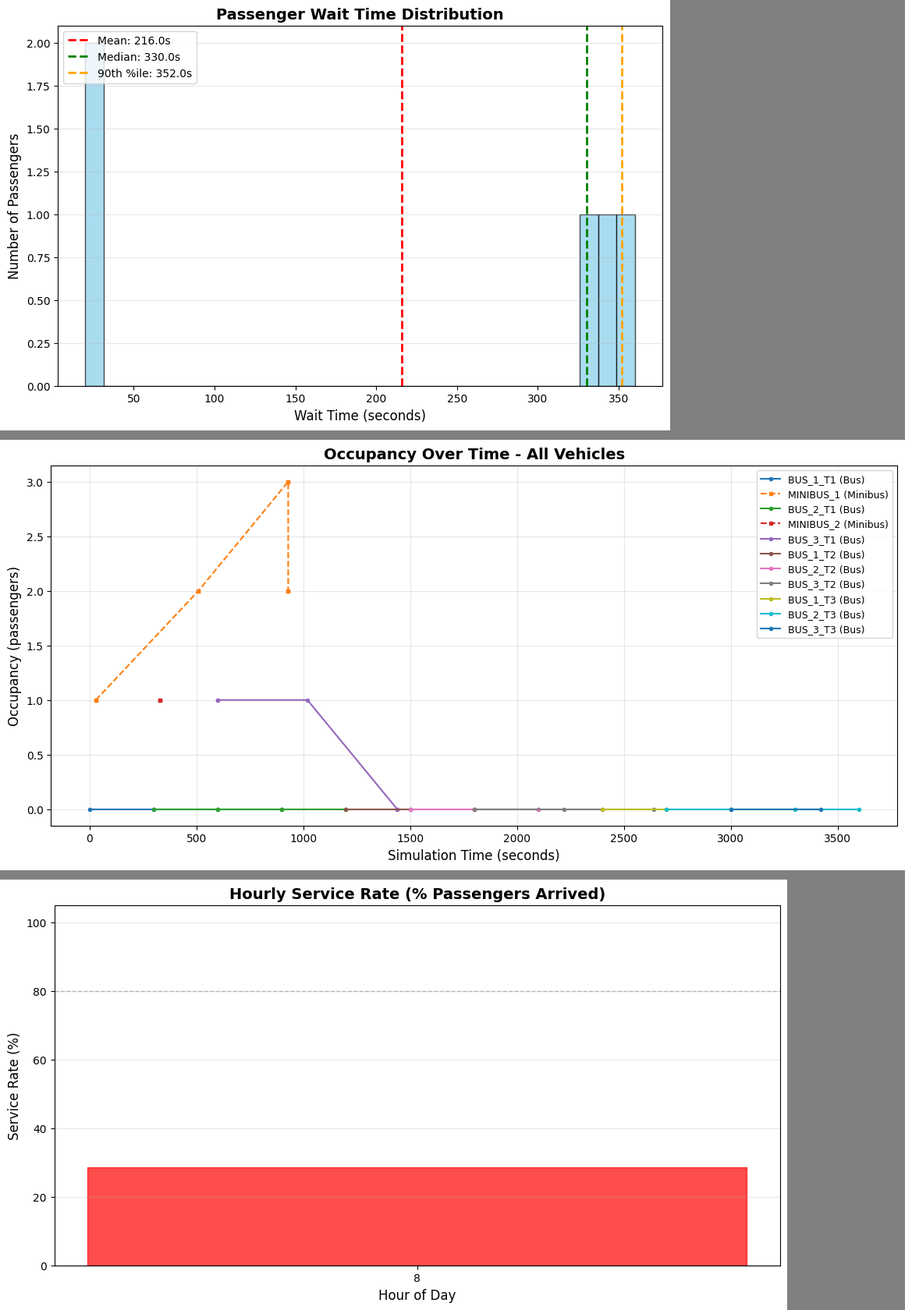
Repository: Jingren-Tang/Minibus_simulation
Script's output: python main.py
These files come from the project's save history. The script's output is drawn as it stood at one moment and after the next save; the edit follows.
The pictures are shown at 78% of full size.
Each picture stacks the figures in order, with grey between them; figures that are only written to a file come last. Random numbers start from a fixed seed. It also reads mockdata/travel_time_matrix.npy.

Above is the script's output before, as saved 2025-12-18 18:01:14.

### main.py
"""
Traffic Simulation System - Main Entry Point

This module serves as the main entry point for the traffic simulation system.
It handles configuration loading, engine initialization, and simulation execution.
"""

import sys
import logging
import argparse
from datetime import datetime, timedelta
import time
import os

from simulation.engine import SimulationEngine
import config


def setup_logging(log_level=None, log_file=None):
    """
    Configure the logging system with both file and console handlers.

    Args:
        log_level: Override log level from config
        log_file: Override log file path from config
    """
    level = log_level or config.LOG_LEVEL
    file_path = log_file or config.LOG_FILE

    # Create formatters
    formatter = logging.Formatter(
        '[%(asctime)s] [%(levelname)s] [%(name)s] - %(message)s',
        datefmt='%Y-%m-%d %H:%M:%S'
    )

    # Configure root logger
    logger = logging.getLogger()
    logger.setLevel(level)

    # Remove existing handlers
    logger.handlers = []

    # Console handler
    console_handler = logging.StreamHandler(sys.stdout)
    console_handler.setFormatter(formatter)
    logger.addHandler(console_handler)

    # File handler
    try:
        file_handler = logging.FileHandler(file_path, mode='a', encoding='utf-8')
        file_handler.setFormatter(formatter)
        logger.addHandler(file_handler)
    except Exception as e:
        logger.warning(f"Failed to create log file handler: {e}")


def parse_arguments():
    """
    Parse command line arguments.

    Returns:
        argparse.Namespace: Parsed arguments
    """
    parser = argparse.ArgumentParser(
        description='Traffic Simulation System',
        formatter_class=argparse.RawDescriptionHelpFormatter
    )

    parser.add_argument(
        '--config',
        type=str,
        help='Path to configuration file (optional, defaults to config.py)'
    )

    parser.add_argument(
        '--output-dir',
        type=str,
        help='Output directory for simulation results (overrides config)'
    )

    parser.add_argument(
        '--log-level',
        type=str,
        choices=['DEBUG', 'INFO', 'WARNING', 'ERROR', 'CRITICAL'],
        help='Logging level (overrides config)'
    )

    parser.add_argument(
        '--start-time',
        type=str,
        help='Simulation start time in format HH:MM:SS (overrides config)'
    )

    parser.add_argument(
        '--end-time',
        type=str,
        help='Simulation end time in format HH:MM:SS (overrides config)'
    )

    parser.add_argument(
        '--date',
        type=str,
        help='Simulation date in format YYYY-MM-DD (overrides config)'
    )

    return parser.parse_args()


def build_config_dict(cmd_overrides):
    """
    Build configuration dictionary from config module and command line overrides.

    Args:
        cmd_overrides: Dictionary containing command line parameter overrides

    Returns:
        dict: Complete configuration dictionary
    """
    # Start with the configuration from config.py
    config_dict = config.get_config()

    # Apply command line overrides
    if 'output_dir' in cmd_overrides:
        config_dict['output_dir'] = cmd_overrides['output_dir']

    if 'start_time' in cmd_overrides:
        config_dict['simulation_start_time'] = cmd_overrides['start_time']

    if 'end_time' in cmd_overrides:
        config_dict['simulation_end_time'] = cmd_overrides['end_time']

    if 'date' in cmd_overrides:
        config_dict['simulation_date'] = cmd_overrides['date']

    return config_dict


def validate_config(config_dict):
    """
    Validate the simulation configuration.

    Args:
        config_dict: Configuration dictionary

    Returns:
        bool: True if valid, False otherwise
    """
    logger = logging.getLogger(__name__)

    # Check required fields
    required_fields = ['simulation_start_time', 'simulation_end_time', 'simulation_date']
    for field in required_fields:
        if field not in config_dict:
            logger.error(f"Missing required configuration field: {field}")
            return False

    # Validate time range
    start_time_str = config_dict['simulation_start_time']
    end_time_str = config_dict['simulation_end_time']
    date_str = config_dict['simulation_date']

    try:
        # Parse times
        start_time = datetime.strptime(f"{date_str} {start_time_str}", '%Y-%m-%d %H:%M:%S')
        end_time = datetime.strptime(f"{date_str} {end_time_str}", '%Y-%m-%d %H:%M:%S')

        if start_time >= end_time:
            logger.error("Start time must be before end time")
            return False
    except ValueError as e:
        logger.error(f"Invalid time format: {e}")
        return False

    # Run config module validation
    if not config.validate_config():
        logger.error("Configuration validation failed")
        return False

    return True


def print_welcome():
    """Print welcome banner."""
    print("=" * 60)
    print("    Traffic Simulation System")
    print("=" * 60)
    print()


def print_config_summary(config_dict):
    """
    Print configuration summary.

    Args:
        config_dict: Configuration dictionary
    """
    logger = logging.getLogger(__name__)

    logger.info("Configuration Summary:")
    logger.info(f"  Simulation Date: {config_dict['simulation_date']}")
    logger.info(f"  Start Time: {config_dict['simulation_start_time']}")
    logger.info(f"  End Time: {config_dict['simulation_end_time']}")
    logger.info(f"  Number of Buses: {config_dict['num_buses']}")
    logger.info(f"  Bus Capacity: {config_dict['bus_capacity']}")
    logger.info(f"  Number of Minibuses: {config_dict['num_minibuses']}")
    logger.info(f"  Minibus Capacity: {config_dict['minibus_capacity']}")
    logger.info(f"  Optimization Interval: {config_dict['optimization_interval']}s")
    logger.info(f"  Output Directory: {config_dict['output_dir']}")
    logger.info(f"  Log Level: {logging.getLevelName(logger.getEffectiveLevel())}")
    print()


def main():
    """
    Main entry point for the traffic simulation system.

    Returns:
        int: Exit code (0 for success, 1 for failure)
    """
    # Record start time
    real_start_time = time.time()

    try:
        # Parse command line arguments
        args = parse_arguments()

        # Setup logging
        log_level = getattr(logging, args.log_level) if args.log_level else None
        setup_logging(log_level=log_level)

        logger = logging.getLogger(__name__)

        # Print welcome message
        print_welcome()

        # Build command line overrides dictionary
        cmd_overrides = {}

        if args.output_dir:
            cmd_overrides['output_dir'] = args.output_dir

        if args.start_time:
            # Validate time format HH:MM:SS
            try:
                datetime.strptime(args.start_time, '%H:%M:%S')
                cmd_overrides['start_time'] = args.start_time
            except ValueError:
                logger.error(f"Invalid start time format: {args.start_time} (expected HH:MM:SS)")
                return 1

        if args.end_time:
            # Validate time format HH:MM:SS
            try:
                datetime.strptime(args.end_time, '%H:%M:%S')
                cmd_overrides['end_time'] = args.end_time
            except ValueError:
                logger.error(f"Invalid end time format: {args.end_time} (expected HH:MM:SS)")
                return 1

        if args.date:
            # Validate date format YYYY-MM-DD
            try:
                datetime.strptime(args.date, '%Y-%m-%d')
                cmd_overrides['date'] = args.date
            except ValueError:
                logger.error(f"Invalid date format: {args.date} (expected YYYY-MM-DD)")
                return 1

        # Build complete configuration dictionary
        logger.info("Building configuration...")
        config_dict = build_config_dict(cmd_overrides)

        # Log any overrides applied
        if cmd_overrides:
            logger.info("Applied configuration overrides:")
            for key, value in cmd_overrides.items():
                logger.info(f"  {key} = {value}")

        # Validate configuration
        if not validate_config(config_dict):
            logger.error("Configuration validation failed")
            return 1

        # Print configuration summary
        print_config_summary(config_dict)

        # Log simulation start
        logger.info("=" * 60)
        logger.info("Starting traffic simulation...")
        logger.info(f"Real start time: {datetime.now().strftime('%Y-%m-%d %H:%M:%S')}")
        logger.info("=" * 60)

        # Create and initialize simulation engine
        # Pass the configuration dictionary to SimulationEngine
        logger.info("Initializing simulation engine...")
        engine = SimulationEngine(config_dict)

        # Initialize the engine
        engine.initialize()
        logger.info("Simulation engine initialized successfully")

        # Run the simulation
        logger.info("Running simulation...")
        engine.run()

        # Calculate and log execution time
        real_end_time = time.time()
        total_time = real_end_time - real_start_time

        logger.info("=" * 60)
        logger.info("Simulation completed successfully!")
        logger.info(f"Real end time: {datetime.now().strftime('%Y-%m-%d %H:%M:%S')}")
        logger.info(f"Total execution time: {total_time:.2f} seconds ({total_time/60:.2f} minutes)")
        logger.info("=" * 60)

        print()
        print("=" * 60)
        print(f"✓ Simulation completed successfully!")
        print(f"  Total execution time: {total_time:.2f} seconds")
        print("=" * 60)

        return 0

    except KeyboardInterrupt:
        logger = logging.getLogger(__name__)
        logger.warning("\nSimulation interrupted by user")
        print("\n⚠ Simulation interrupted by user")
        return 1

    except Exception as e:
        logger = logging.getLogger(__name__)
        logger.exception(f"Fatal error during simulation: {e}")
        print(f"\n✗ Fatal error: {e}")
        print("  Check log file for details")
        return 1

    finally:
        # Log final message
        try:
            logger = logging.getLogger(__name__)
            logger.info("Simulation system shutdown")
        except:
            pass


if __name__ == "__main__":
    sys.exit(main())

### config.py
"""
Configuration module for the mixed traffic simulation system.

This module contains all configurable parameters for the simulation,
including time settings, file paths, vehicle configurations, and optimization settings.
All parameters can be modified here without changing the core simulation code.


Config to change: SIMULATION_START_TIME, SIMULATION_END_TIME, STATIONS_FILE, TRAVEL_TIME_MATRIX_FILE,
MATRIX_METADATA_FILE, BUS_SCHEDULE_FILE(mockdata or data)
ENABLE_MINIBUS, MINIBUS_INITIAL_LOCATIONS,
PASSENGER_GENERATION_METHOD: "test" or "od_matrix"

"""

import os
from typing import Dict, Any


# ============================================================================
# TIME SETTINGS
# ============================================================================

# Simulation start time in HH:MM:SS format
SIMULATION_START_TIME = "8:00:00"

# Simulation end time in HH:MM:SS format
SIMULATION_END_TIME = "9:00:00"

# Simulation date in YYYY-MM-DD format
SIMULATION_DATE = "2024-07-25"


# ============================================================================
# DATA FILE PATHS
# ============================================================================

# Path to the stations definition file (JSON format)
STATIONS_FILE = "mockdata/stations.json"

# Path to the travel time matrix (NumPy binary format)
TRAVEL_TIME_MATRIX_FILE = "mockdata/travel_time_matrix.npy"

# Path to the matrix metadata file (JSON format)
MATRIX_METADATA_FILE = "mockdata/matrix_metadata.json"

# Path to the bus schedule file (CSV format)
BUS_SCHEDULE_FILE = "mockdata/bus_schedule.csv"


# ============================================================================
# VEHICLE SETTINGS
# ============================================================================

# Number of buses in the system (loaded from CSV, this is for reference only)
NUM_BUSES = 20

# Maximum passenger capacity for each bus
BUS_CAPACITY = 80

ENABLE_MINIBUS = True

# Number of minibuses in the system
NUM_MINIBUSES = 3

# Maximum passenger capacity for each minibus
MINIBUS_CAPACITY = 6

# Initial station locations for minibuses (must match station IDs)
MINIBUS_INITIAL_LOCATIONS = ['A','B','C']  # Can also be "random"


# ============================================================================
# OPTIMIZER SETTINGS (for Phase 4)
# ============================================================================

# Time interval (in seconds) between optimizer calls
OPTIMIZATION_INTERVAL = 30

# Type of optimizer to use: "external_program", "internal", etc.
OPTIMIZER_TYPE = 'python_module'

# Configuration dictionary for the optimizer


OPTIMIZER_CONFIG = {
    'module_name': 'optimizer.greedy_insertion',
    'function_name': 'greedy_insert_optimize',
    'max_waiting_time': 6000.0,
    'max_detour_time': 3000.0,
    "max_travel_time_ratio": 20.0,
}

# ============================================================================
# PASSENGER SETTINGS
# ============================================================================

# Maximum time (in seconds) a passenger will wait before abandoning the trip
# Default: 900 seconds = 15 minutes
PASSENGER_MAX_WAIT_TIME = 9000.0


# ============================================================================
# OUTPUT SETTINGS
# ============================================================================

# Directory where simulation results will be saved
OUTPUT_DIR = "mockdata/results/"

# Name of the log file
LOG_FILE = "simulation.log"

# Logging level: DEBUG, INFO, WARNING, ERROR, CRITICAL
LOG_LEVEL = "INFO"

# Whether to save detailed logs (may impact performance)
SAVE_DETAILED_LOGS = True

# OD MATRIX SETTINGS
OD_MATRIX_FILE = "data/od_matrix.npy"
OD_METADATA_FILE = "data/od_metadata.json"

# Passenger generation method: "test", "od_matrix", "file"
PASSENGER_GENERATION_METHOD = "test"

# ============================================================================
# OTHER SETTINGS
# ============================================================================

# Random seed for reproducibility (set to None for non-deterministic behavior)
RANDOM_SEED = 42


# ============================================================================
# UTILITY FUNCTIONS
# ============================================================================

def get_config() -> Dict[str, Any]:
    """
    Package all configuration parameters into a dictionary.

    Returns:
        Dict[str, Any]: Dictionary containing all configuration parameters
    """
    config = {
        # Time settings
        "simulation_start_time": SIMULATION_START_TIME,
        "simulation_end_time": SIMULATION_END_TIME,
        "simulation_date": SIMULATION_DATE,

        # Data file paths
        "stations_file": STATIONS_FILE,
        "travel_time_matrix": TRAVEL_TIME_MATRIX_FILE,
        "matrix_metadata": MATRIX_METADATA_FILE,
        "bus_schedule_file": BUS_SCHEDULE_FILE,  # 改回 bus_schedule_file

        # Vehicle settings
        "num_buses": NUM_BUSES,
        "bus_capacity": BUS_CAPACITY,
        "enable_minibus": ENABLE_MINIBUS,
        "num_minibuses": NUM_MINIBUSES,
        "minibus_capacity": MINIBUS_CAPACITY,
        "minibus_initial_locations": MINIBUS_INITIAL_LOCATIONS,

        # Optimizer settings

        "optimization_interval": OPTIMIZATION_INTERVAL,
        "optimizer_type": OPTIMIZER_TYPE,
        "optimizer_config": OPTIMIZER_CONFIG,

        # Passenger settings
        "passenger_max_wait_time": PASSENGER_MAX_WAIT_TIME,


        # Output settings
        "output_dir": OUTPUT_DIR,
        "log_file": LOG_FILE,
        "log_level": LOG_LEVEL,
        "save_detailed_logs": SAVE_DETAILED_LOGS,

        # OD matrix settings
        "od_matrix_file": OD_MATRIX_FILE,
        "od_metadata_file": OD_METADATA_FILE,
        "passenger_generation_method": PASSENGER_GENERATION_METHOD,

        # Other settings
        "random_seed": RANDOM_SEED
    }

    return config


def validate_config() -> bool:
    """
    Validate the configuration parameters.

    Checks:
    - Required mockdata files exist
    - Output directory is writable
    - Parameter values are within valid ranges
    - Initial minibus locations match the number of minibuses

    Returns:
        bool: True if configuration is valid, False otherwise
    """
    valid = True

    # Check if required mockdata files exist
    required_files = [
        STATIONS_FILE,
        TRAVEL_TIME_MATRIX_FILE,
        MATRIX_METADATA_FILE,
        BUS_SCHEDULE_FILE
    ]

    for file_path in required_files:
        if not os.path.exists(file_path):
            print(f"Warning: Required file not found: {file_path}")
            valid = False

    # Check if output directory exists, create if it doesn't
    if not os.path.exists(OUTPUT_DIR):
        try:
            os.makedirs(OUTPUT_DIR)
            print(f"Created output directory: {OUTPUT_DIR}")
        except Exception as e:
            print(f"Error: Cannot create output directory {OUTPUT_DIR}: {e}")
            valid = False

    # Validate vehicle capacity values
    if BUS_CAPACITY <= 0:
        print("Error: BUS_CAPACITY must be positive")
        valid = False

    if MINIBUS_CAPACITY <= 0:
        print("Error: MINIBUS_CAPACITY must be positive")
        valid = False


    # Validate number of minibuses matches initial locations (only if it's a list)
    if isinstance(MINIBUS_INITIAL_LOCATIONS, list):
        if len(MINIBUS_INITIAL_LOCATIONS) != NUM_MINIBUSES:
            print(f"Warning: Number of initial minibus locations ({len(MINIBUS_INITIAL_LOCATIONS)}) "
                f"does not match NUM_MINIBUSES ({NUM_MINIBUSES})")
            valid = False
    elif MINIBUS_INITIAL_LOCATIONS != "random":
        print(f"Error: MINIBUS_INITIAL_LOCATIONS must be a list or 'random', "
            f"got {MINIBUS_INITIAL_LOCATIONS}")
        valid = False

    # Validate time format (basic check)
    time_fields = [SIMULATION_START_TIME, SIMULATION_END_TIME]
    for time_str in time_fields:
        parts = time_str.split(":")
        if len(parts) != 3:
            print(f"Error: Invalid time format: {time_str} (expected HH:MM:SS)")
            valid = False

    # Validate date format (basic check)
    date_parts = SIMULATION_DATE.split("-")
    if len(date_parts) != 3:
        print(f"Error: Invalid date format: {SIMULATION_DATE} (expected YYYY-MM-DD)")
        valid = False

    # Validate optimization interval
    if OPTIMIZATION_INTERVAL <= 0:
        print("Error: OPTIMIZATION_INTERVAL must be positive")
        valid = False

    # Validate passenger max wait time
    if PASSENGER_MAX_WAIT_TIME <= 0:
        print("Error: PASSENGER_MAX_WAIT_TIME must be positive")
        valid = False

    # Validate log level
    valid_log_levels = ["DEBUG", "INFO", "WARNING", "ERROR", "CRITICAL"]
    if LOG_LEVEL not in valid_log_levels:
        print(f"Error: Invalid LOG_LEVEL: {LOG_LEVEL} (must be one of {valid_log_levels})")
        valid = False

    if valid:
        print("Configuration validation passed")
    else:
        print("Configuration validation failed")

    return valid


# ============================================================================
# MODULE TEST
# ============================================================================

if __name__ == "__main__":
    print("=== Configuration Module Test ===\n")

    print("Current Configuration:")
    config = get_config()
    for key, value in config.items():
        print(f"  {key}: {value}")

    print("\n" + "="*50 + "\n")

    print("Validating configuration...")
    is_valid = validate_config()

    print(f"\nConfiguration is {'valid' if is_valid else 'invalid'}")

### mockdata/bus_schedule.csv
bus_id,route_name,stop_sequence,station_id,arrival_time
BUS_1_T1,Route1,0,A,08:00:00
BUS_1_T1,Route1,1,B,08:05:00
BUS_1_T1,Route1,2,C,08:10:00
BUS_1_T1,Route1,3,D,08:15:00
BUS_1_T2,Route1,0,A,08:20:00
BUS_1_T2,Route1,1,B,08:25:00
BUS_1_T2,Route1,2,C,08:30:00
BUS_1_T2,Route1,3,D,08:35:00
BUS_1_T3,Route1,0,A,08:40:00
BUS_1_T3,Route1,1,B,08:45:00
BUS_1_T3,Route1,2,C,08:50:00
BUS_1_T3,Route1,3,D,08:55:00
BUS_2_T1,Route2,0,E,08:05:00
BUS_2_T1,Route2,1,D,08:10:00
BUS_2_T1,Route2,2,C,08:15:00
BUS_2_T1,Route2,3,B,08:20:00
BUS_2_T2,Route2,0,E,08:25:00
BUS_2_T2,Route2,1,D,08:30:00
BUS_2_T2,Route2,2,C,08:35:00
BUS_2_T2,Route2,3,B,08:40:00
BUS_2_T3,Route2,0,E,08:45:00
BUS_2_T3,Route2,1,D,08:50:00
BUS_2_T3,Route2,2,C,08:55:00
BUS_2_T3,Route2,3,B,09:00:00
BUS_3_T1,Route3,0,A,08:10:00
BUS_3_T1,Route3,1,C,08:17:00
BUS_3_T1,Route3,2,E,08:24:00
BUS_3_T2,Route3,0,A,08:30:00
BUS_3_T2,Route3,1,C,08:37:00
BUS_3_T2,Route3,2,E,08:44:00
BUS_3_T3,Route3,0,A,08:50:00
BUS_3_T3,Route3,1,C,08:57:00
BUS_3_T3,Route3,2,E,09:04:00

Loaded but not shown: mockdata/stations.json (49 lines, source omitted); mockdata/matrix_metadata.json (29 lines, source omitted); simulation/engine.py (1388 lines, source omitted); utils/statistics.py (1249 lines, source omitted); optimizer/greedy_insertion.py (1090 lines, source omitted); optimizer/route_optimizer.py (929 lines, source omitted); vehicles/minibus.py (617 lines, source omitted); network/travel_time_manager.py (478 lines, source omitted); vehicles/bus.py (452 lines, source omitted); network/network.py (404 lines, source omitted); demand/passenger.py (380 lines, source omitted); network/station.py (314 lines, source omitted); demand/od_matrix.py (286 lines, source omitted); simulation/event.py (123 lines, source omitted)

After the next save:
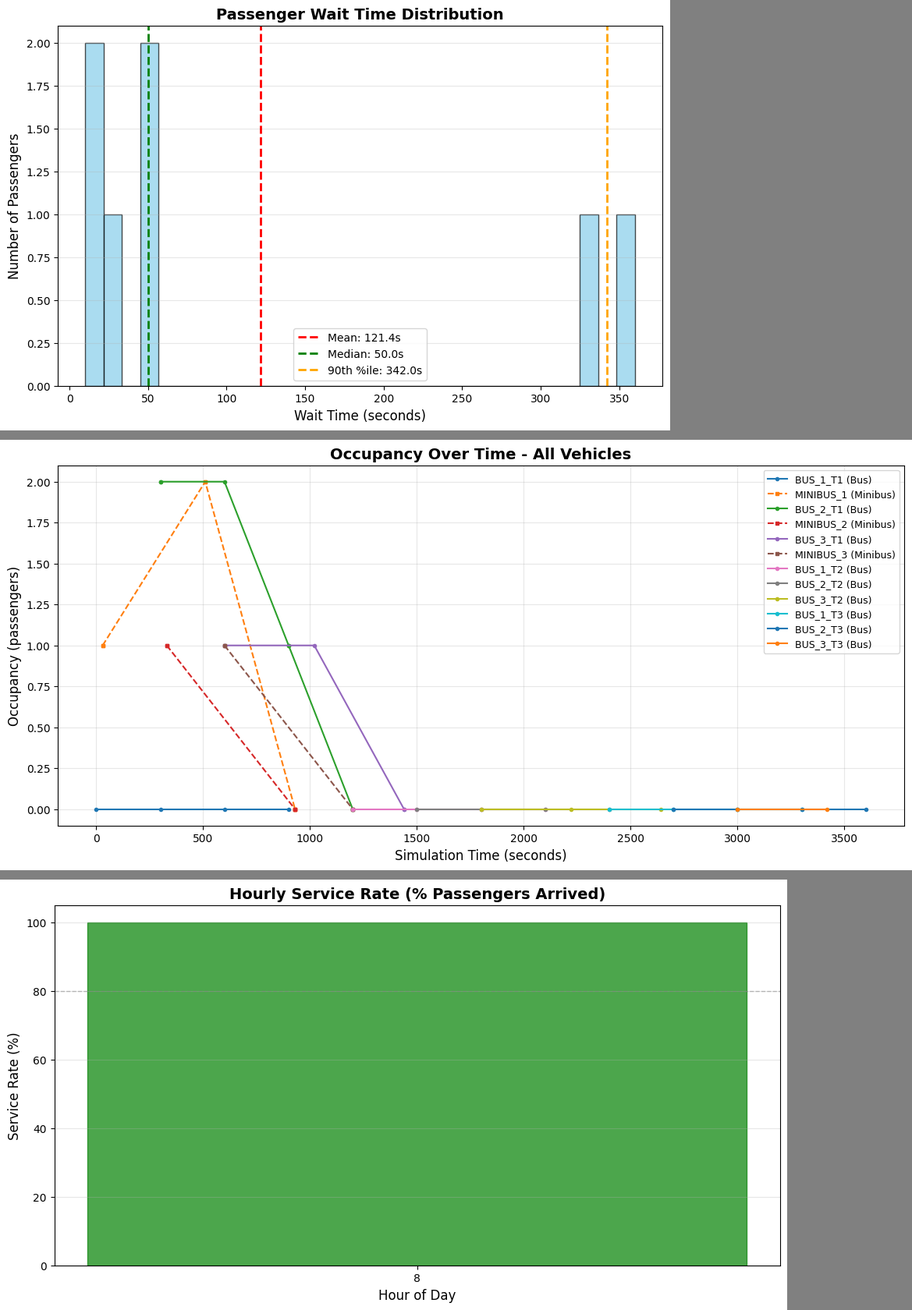
Saved 96 s later.
--- a/config.py
+++ b/config.py
@@ -86,7 +86,7 @@ OPTIMIZER_TYPE = 'python_module'
 OPTIMIZER_CONFIG = {
     'module_name': 'optimizer.greedy_insertion',
     'function_name': 'greedy_insert_optimize',
-    'max_waiting_time': 6000.0,
+    'max_waiting_time': 600.0,
     'max_detour_time': 3000.0,
     "max_travel_time_ratio": 20.0,
 }
